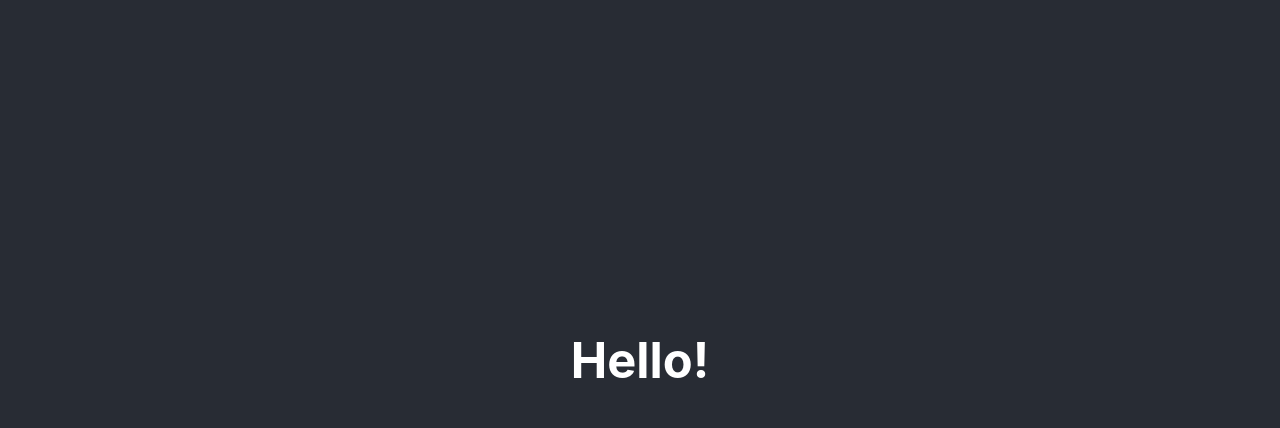
Repository: KLM94/blog
Page: /
An editor plug-in stored every save of this project. The page is shown before and after the next save, followed by the edit.
The browser window is 1280 px wide. The pictures show the whole page.
The project was rebuilt for these pictures with package versions that can differ from the ones it lists, and the page was loaded fresh each time.

Above is the page before, as saved 2020-11-07 12:18:07.

After the next save:
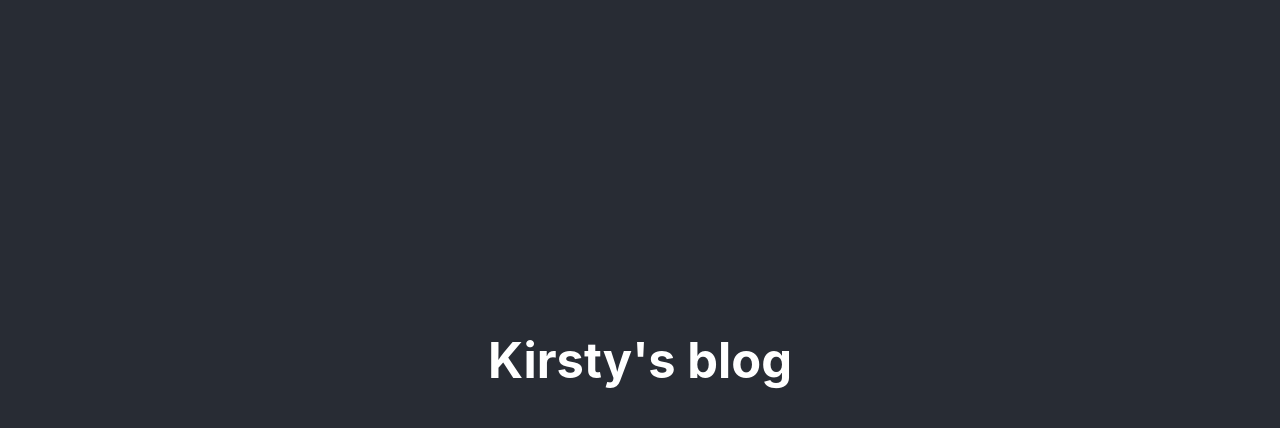
Saved 118 s later.
--- a/src/Components/Blog.jsx
+++ b/src/Components/Blog.jsx
@@ -1,3 +1,3 @@
 export default function Blog() {
-  return <h1>Hello!</h1>;
+  return <h1>Kirsty's blog</h1>;
 }
